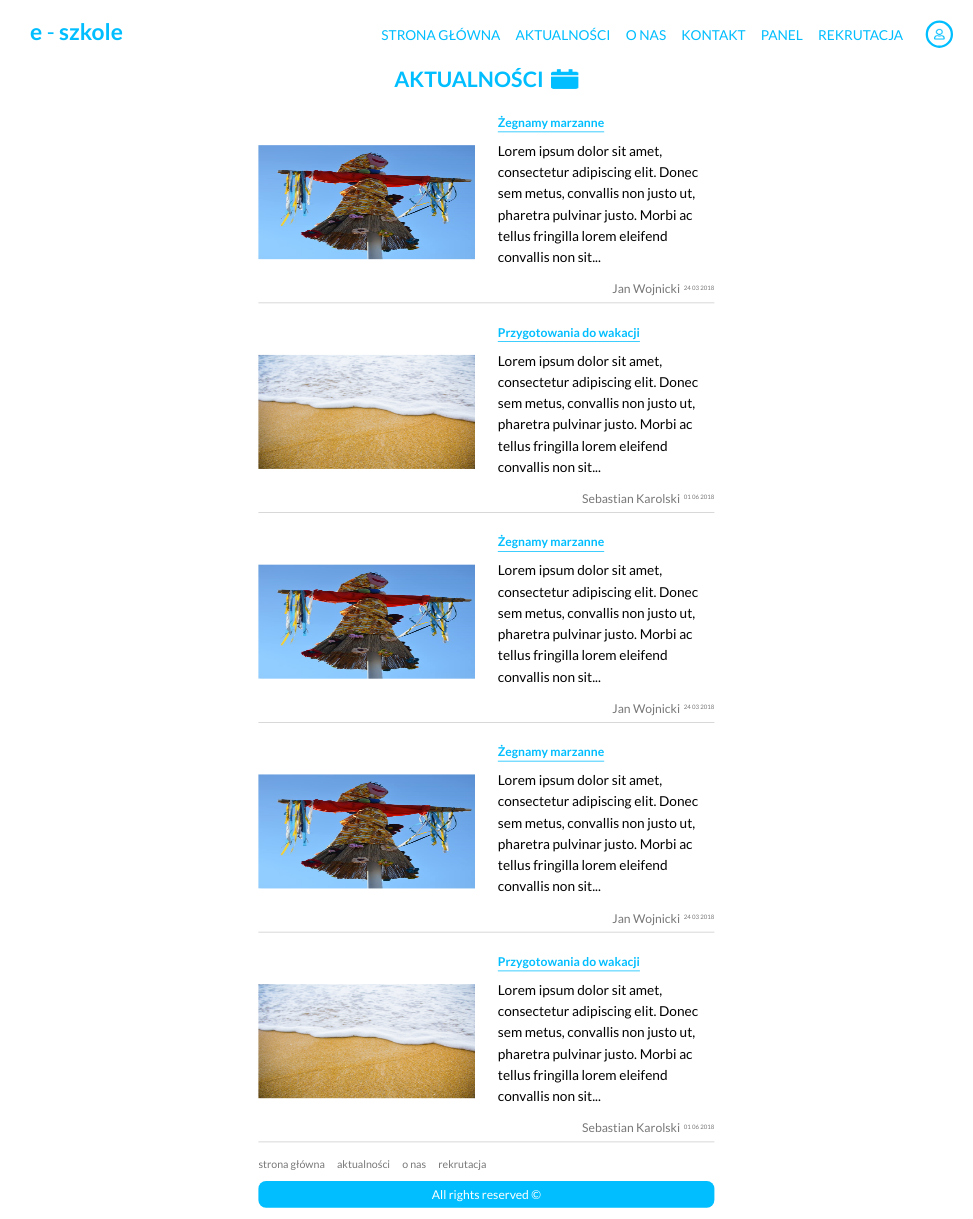
Repository: Votex874/e-szkole
Page: /blog (app in app/)
These files come from the project's save history. The page is drawn as it stood at one moment and after the next save; the edit follows.
The browser window is 1280 px wide. The pictures show the whole page, at 76% of full size.
The project was rebuilt for these pictures with package versions that can differ from the ones it lists, and the page was loaded fresh each time. Also part of the build but not shown: app/src/components/News/Title/index.js, app/src/components/News/Content/index.js, app/src/components/News/Avatar/index.js, app/src/components/News/Footer/index.js, app/src/components/News/index.js, app/src/components/AboutUs/Content/index.js, app/src/components/AboutUs/index.js, app/src/components/Graduates/ListItem/index.js and 11 more.

Above is the page before, as saved 2019-03-05 19:42:48.

After the next save:
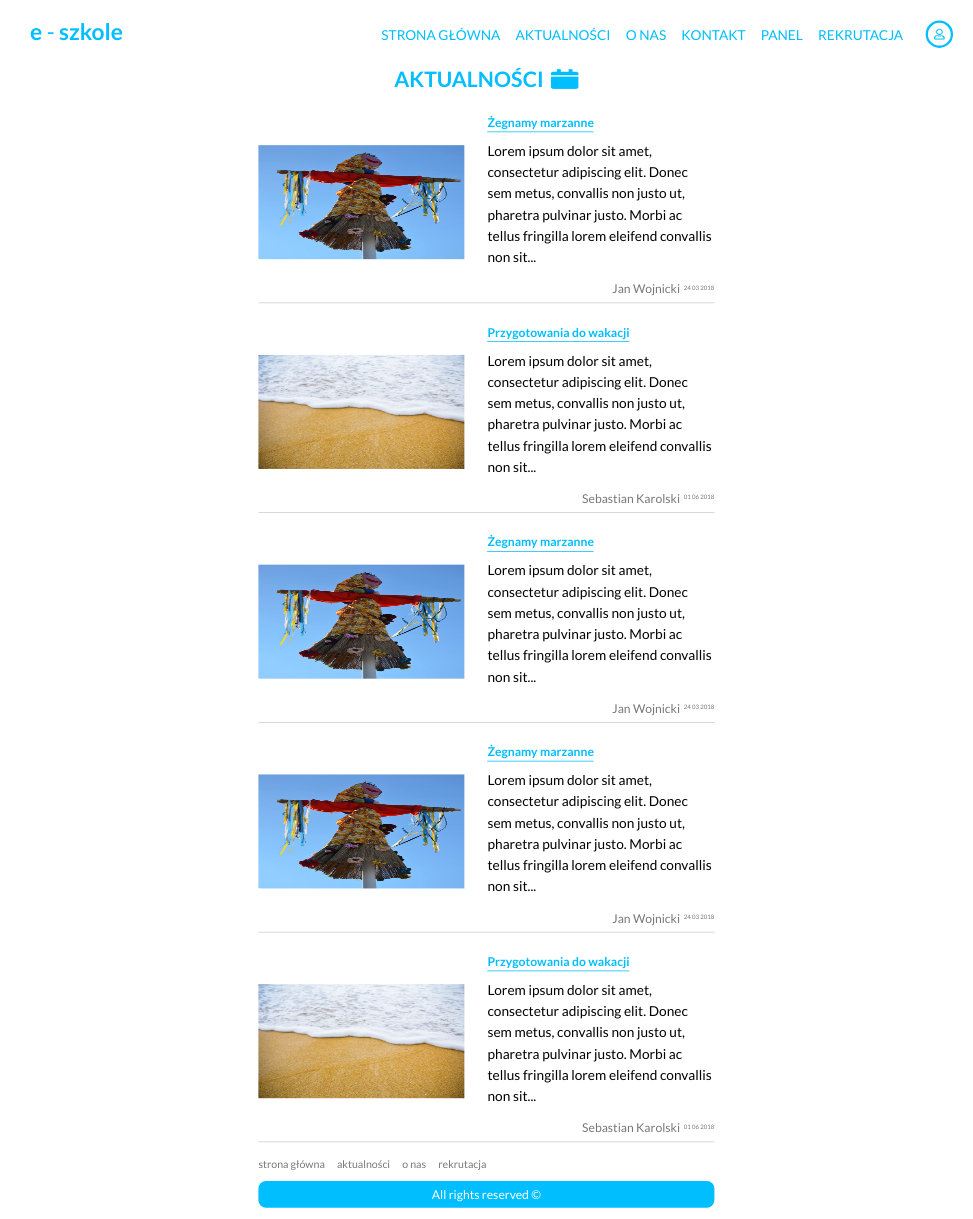
Saved 7 s later.
--- a/app/src/components/Blog/Post/index.js
+++ b/app/src/components/Blog/Post/index.js
@@ -27,7 +27,7 @@ const PostContainer = styled.article`
 `
 
 const ContentContainer = styled.section`
-  width: 50%;
+  width: 55%;
   @media (max-width: 767px){
     width: auto;
   }
